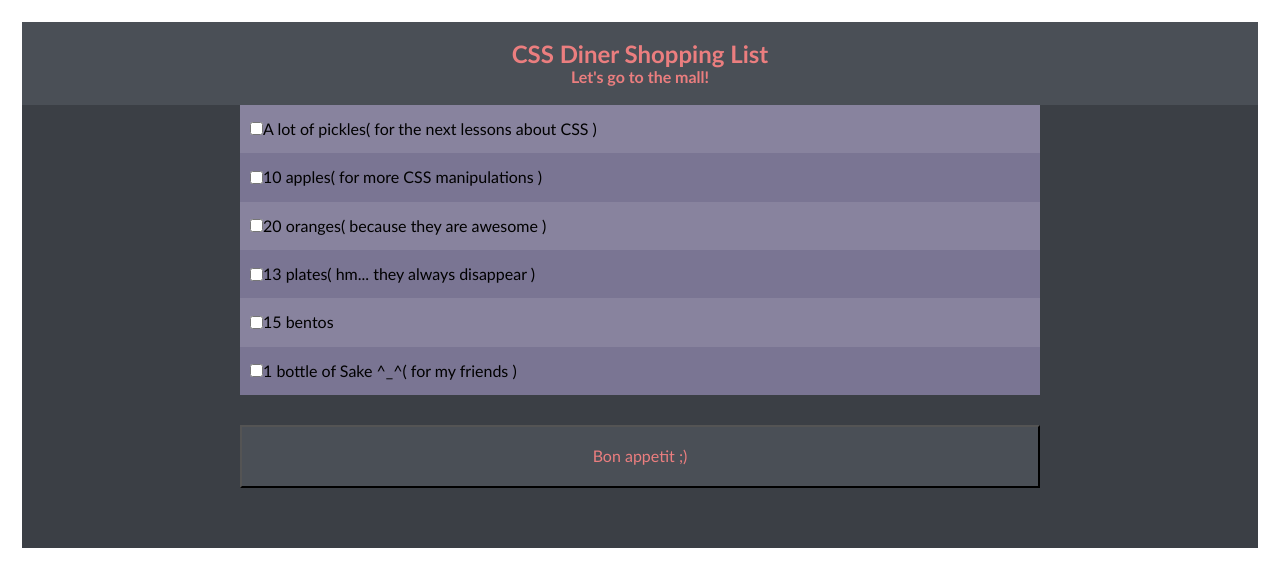
Repository: shpakovskaya/github.io
Page: selector css/shopping list/index.html
The author's editor kept a copy of each file at every save. The page is drawn from the files as they stood at one save, then again after the next save.
The browser window is 1280 px wide. The pictures show the whole page.

Above is the page before, as saved 2021-11-09 22:19:53.

After the next save:
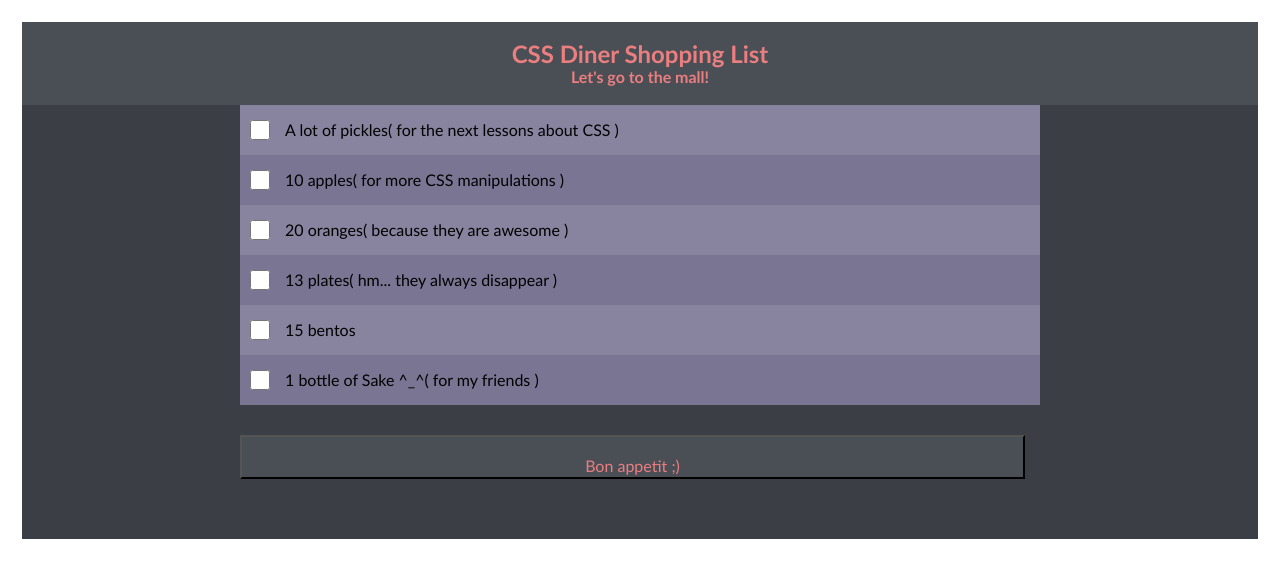
Saved 61 s later.
--- a/selector css/shopping list/style.css
+++ b/selector css/shopping list/style.css
@@ -85,6 +85,12 @@ input[type="checkbox"]:checked + label {
   text-decoration: line-through;
 }
 
+input {
+  margin-right: 15px;
+  width: 20px;
+  height: 20px;
+}
+
 .item {
   display: flex;
   flex-direction: row;
